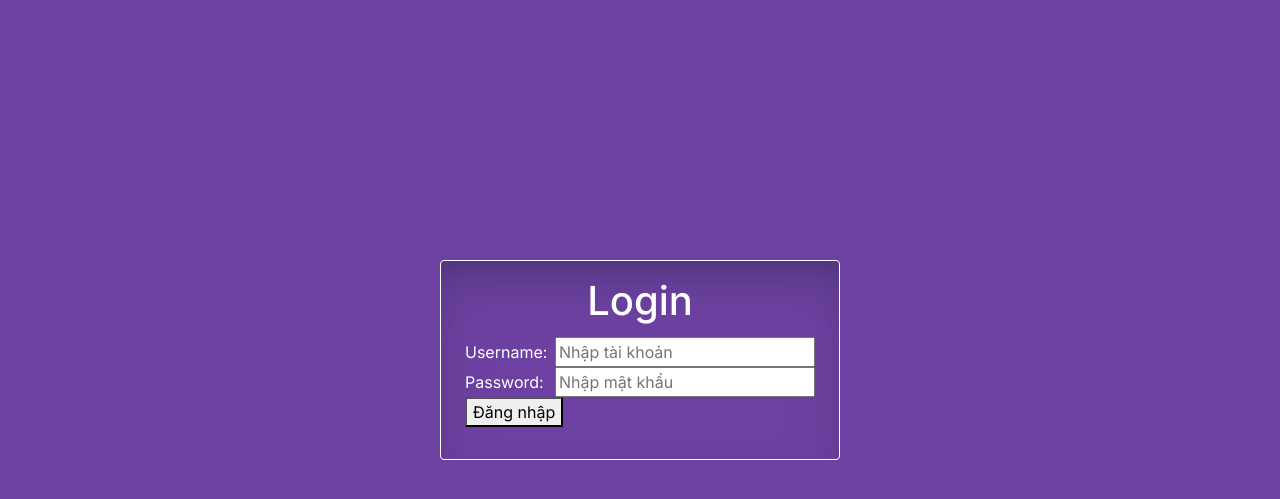
Repository: nghiakma/RFID-RFID-Attendance-System-using-ESP32-Nodejs-Reactjs-Nextjs-
Page: / (app in attendance/)
An editor plug-in stored every save of this project. The page is shown before and after the next save, followed by the edit.
The browser window is 1280 px wide. The pictures show the whole page.
The page's requests for data from a server got no answer. The project was rebuilt for these pictures with package versions that can differ from the ones it lists, and the page was loaded fresh each time. The framework's server and built-in components were replaced by stand-ins that run in the browser. No one was signed in, and anything a server would have sent is missing. Also part of the build but not shown: attendance/next.config.js, attendance/src/styles/home-page.module.css, attendance/src/styles/tab-home.module.css, attendance/src/pages/api/convert-time.js, attendance/src/pages/api/networking.js, attendance/src/pages/tab-home.js, attendance/src/styles/tab-history.module.css, attendance/src/pages/tab-history.js and 6 more.

Above is the page before, as saved 2023-12-21 15:03:32.

After the next save:
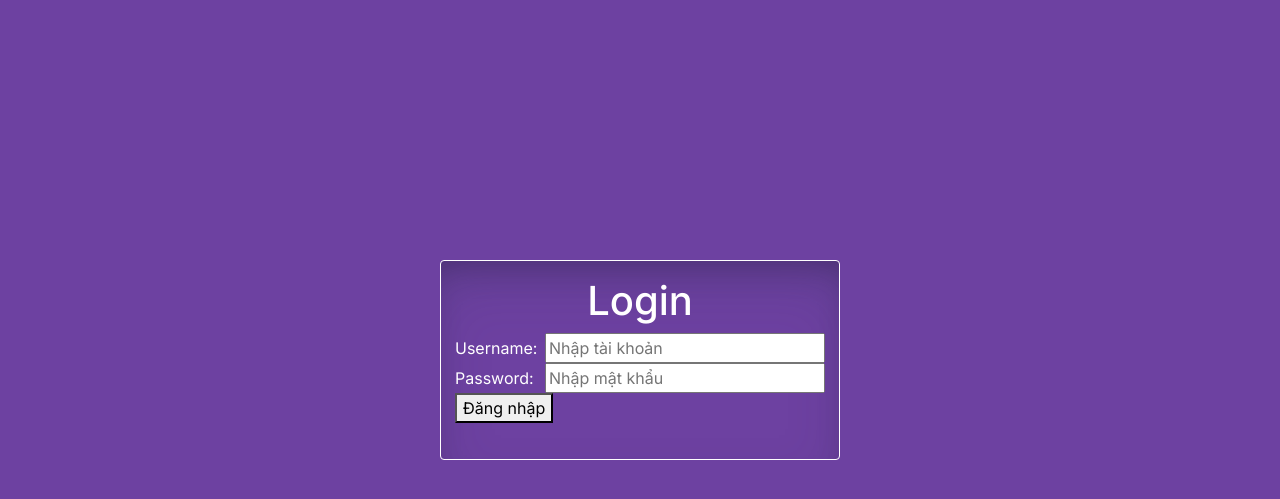
Saved 10 s later.
--- a/attendance/src/pages/login-page.js
+++ b/attendance/src/pages/login-page.js
@@ -25,7 +25,7 @@ const Login = () => {
                         }}
                     >Login</h1>
                     <div style={{
-                        padding: '4px 10px', color: 'white'
+                        color: 'white'
                     }}>
                         <div style={{
                             display: 'flex', alignItems: 'center'
